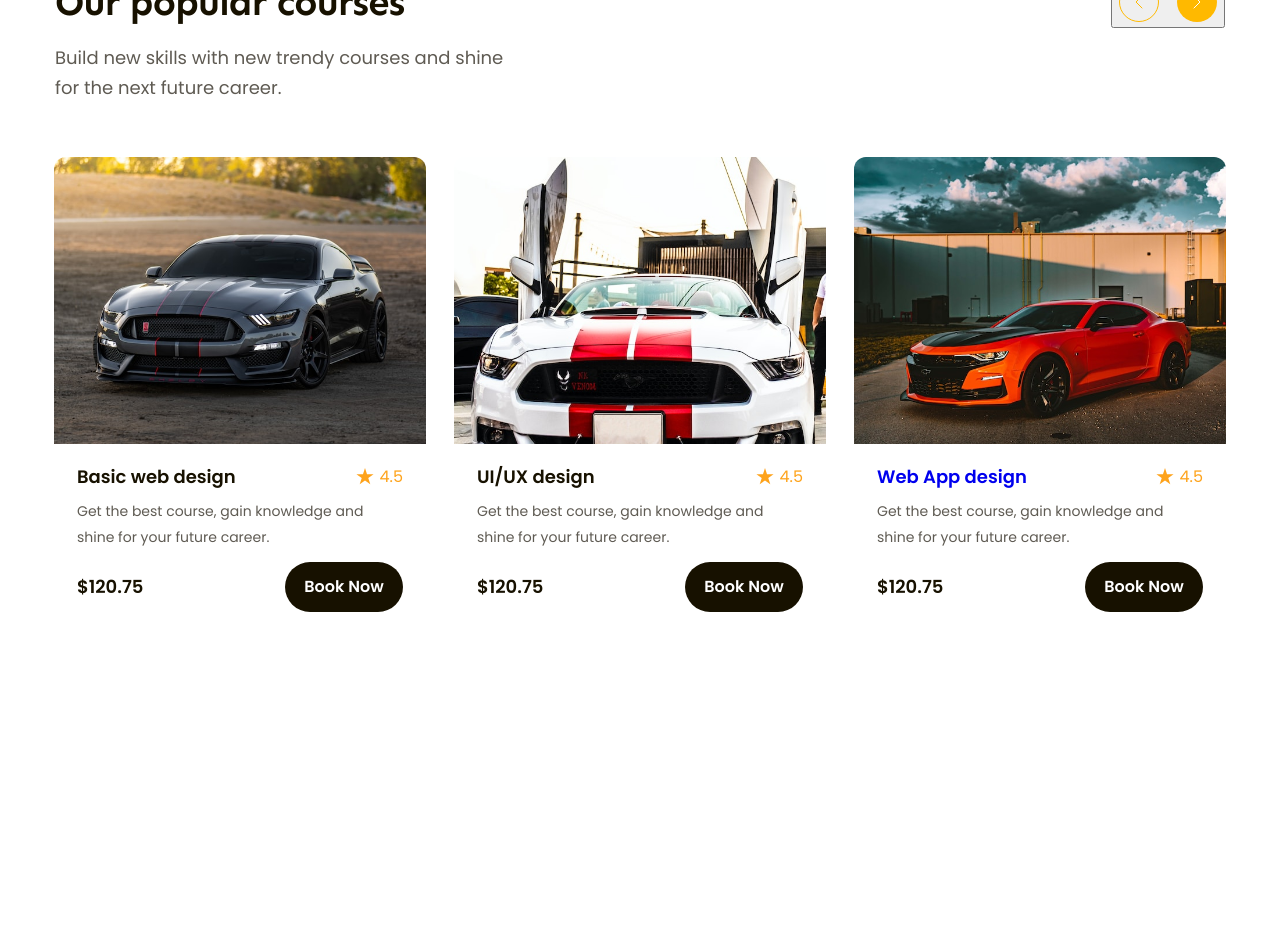
Repository: dongnguyen2112/htmlcss-project-02
Page: index.html
An editor plug-in stored every save of this project. The page is shown before and after a run of saves, followed by the edit.
The browser window is 1280 px wide. The pictures show the part of the page from y = 1121 to 2073 px (the page is 5000 px tall).
A picture or video elsewhere on the page could not be fetched, so the positions and the page height are approximate.

Above is the page before, as saved 2023-07-06 13:51:22.

### index.html
<!DOCTYPE html>
<html lang="en">
    <head>
        <meta charset="UTF-8" />
        <meta name="viewport" content="width=device-width, initial-scale=1.0" />
        <title>F8 project 01</title>
        <!-- Reset CSS -->
        <link rel="stylesheet" href="./assets/css/reset.css" />
        <!-- Font -->
        <link rel="preconnect" href="https://fonts.googleapis.com" />
        <link rel="preconnect" href="https://fonts.gstatic.com" crossorigin />
        <link
            href="https://fonts.googleapis.com/css2?family=Poppins:ital,wght@0,400;0,500;0,600;0,700;1,400&family=Sen:wght@700&display=swap"
            rel="stylesheet"
        />
        <!-- Style CSS -->
        <link rel="stylesheet" href="./assets/css/styles.css" />
    </head>
    <body>
        <main style="height: 5000px">
            <!-- Header -->
            <header class="header fixed">
                <div class="main-content">
                    <div class="body">
                        <!-- Logo -->
                        <img src="./assets/img/Logo..png" alt="" class="logo">
                        <!-- Nav -->
                        <nav class="nav">
                            <ul>
                                <li class="active">
                                    <a href="#!">Home</a>
                                </li>
                                <li>
                                    <a href="#!">Courses</a>
                                </li>
                                <li>
                                    <a href="#!">Pricing</a>
                                </li>
                                <li>
                                    <a href="#!">Reviews</a>
                                </li>
                            </ul>
                        </nav>
                        <!-- Action -->
                        <div class="action">
                            <a href="#!" class="btn sign-up-btn">Sign Up </a>
                        </div>
                    </div>
            </header>
            <!-- Hero -->
            <div class="hero">
                <div class="main-content">
                    <div class="body">
                        <!-- Hero-left -->
                        <div class="media-block">
                            <img src="./assets/img/hero-img.jpg" alt="Learn without limits and spread knowledge." class="img">
                            <div class="hero-summary">
                                <div class="item">
                                    <div class="icon">
                                        <img src="./assets/icon/list.svg" alt="">
                                    </div>
                                    <div class="info">
                                        <div class="lable">20 Courses</div>
                                        <div class="title">UI/UX Design</div>
                                    </div>
                                </div>
                                <div class="item">
                                    <div class="icon">
                                        <img src="./assets/icon/code.svg" alt="">
                                    </div>
                                    <div class="info">
                                        <div class="lable">20 Courses</div>
                                        <div class="title">Development</div>
                                    </div>
                                </div>
                                <div class="item">
                                    <div class="icon">
                                        <img src="./assets/icon/speaker.svg" alt="">
                                    </div>
                                    <div class="info">
                                        <div class="lable">30 Courses</div>
                                        <div class="title">Marketing</div>
                                    </div>
                                </div>
                            </div>
                        </div>
                        <!-- Hero-right -->
                        <div class="content-block">
                            <h1 class="heading lv1">Learn without limits and spread knowledge.</h1>
                            <p class="desc">Build new skills for that “this is my year” feeling with courses, certificates, and degrees from world-class universities and companies.</p>
                            <div class="cta-group">
                                <a href="#!" class="btn hero-cta">See Courses</a>
                                <button class="watch-video">
                                    <div class="icon">
                                        <img src="./assets/icon/play.svg" alt="">
                                    </div>
                                    <span>Watch Video</span>
                                </button>
                            </div>
                            <p class="desc">Recent engagement</p>
                            <p class="desc stats">
                               <strong>50K</strong> Students
                                <strong>70+</strong> Courses
                            </p>
                        </div>
                    </div>
                </div>
            </div>
            <!-- Popular -->
            <div class="popular">
                <div class="main-content">
                    <div class="popular-top">
                        <div class="info">
                            <h2 class="heading lv2">Our popular courses</h2>
                            <p class="desc">Build new skills with new trendy courses and shine for the next future career.</p>
                        </div>
                        <div class="control">
                            <button class="control-btn">
                                <img src="./assets/icon/control.svg" alt="">
                            </button>
                        </div>
                    </div>
                    <!-- Course-item 1 -->
                    <div class="course-list">
                        <div class="course-item">
                           <a href="#!"><img src="./assets/img/course-1.jpg" alt="Basic web design" class="thumb"></a>
                            <div class="info">
                                <div class="head">
                                    <h3 class="title">Basic web design</h3>
                                    <div class="rating">
                                        <img src="./assets/icon/Star.svg" alt="" class="star">
                                        <span class="value">4.5</span>
                                    </div>
                                </div>
                                <p class="desc">Get the best course, gain knowledge and shine for your future career.</p>
                                <div class="foot">
                                    <span class="price">$120.75</span>
                                    <div class="btn book-btn">Book Now</div>
                                </div>
                            </div>
                        </div>

                    <!-- Course-item 2 -->
                        <div class="course-item">
                            <a href="#!"><img src="./assets/img/course-2.jpg" alt="Basic web design" class="thumb"></a>
                            <div class="info">
                                <div class="head">
                                    <h3 class="title">UI/UX design</h3>
                                    <div class="rating">
                                        <img src="./assets/icon/Star.svg" alt="" class="star">
                                        <span class="value">4.5</span>
                                    </div>
                                </div>
                                <p class="desc">Get the best course, gain knowledge and shine for your future career.</p>
                                <div class="foot">
                                    <span class="price">$120.75</span>
                                    <div class="btn book-btn">Book Now</div>
                                </div>
                            </div>
                        </div>
                    <!-- Course-item 3 -->
                        <div class="course-item">
                            <a href="#!"><img src="./assets/img/course-3.jpg" alt="Basic web design" class="thumb"></a>
                            <div class="info">
                                <div class="head">
                                    <h3 class="title"><a href="#!">Web App design</a></h3>
                                    <div class="rating">
                                        <img src="./assets/icon/Star.svg" alt="" class="star">
                                        <span class="value">4.5</span>
                                    </div>
                                </div>
                                <p class="desc">Get the best course, gain knowledge and shine for your future career.</p>
                                <div class="foot">
                                    <span class="price">$120.75</span>
                                    <div class="btn book-btn">Book Now</div>
                                </div>
                            </div>
                        </div>
                    </div>
                </div>
            </div>
        </main>
    </body>
</html>

### assets/css/styles.css
* {
    box-sizing: border-box;
}
html {
    font-size: 62.5%;
}
body {
    font-size: 1.6rem;
    font-family: "Poppins", sans-serif;
}
:root {
    --primary-color: #ffb900;
    --font-heading: Sen, sans-serif;
}
/* Common */
a {
    text-decoration: none;
}
.main-content {
    width: 1170px;
    max-width: calc(100% - 48px);
    margin-left: auto;
    margin-right: auto;
}
.btn {
    display: inline-block;
    min-width: 118px;
    padding: 0 16px;
    line-height: 50px;
    color: #fff;
    text-align: center;
    font-size: 1.6rem;
    font-weight: 600;
    border-radius: 999px;
    background: #171100;
    cursor: pointer;
}
.btn:hover {
    opacity: 0.9;
}
.heading {
    color: #171100;
    font-family: var(--font-heading);
    font-weight: 700;
    letter-spacing: -0.02em;
}
.heading.lv1 {
    font-size: 5.8rem;
    line-height: 1.17;
}
.heading.lv2 {
    font-size: 3.8rem;
    line-height: 1.26;
}
/* Header */
.header {
    background: #fffcf4;
}
.header.fixed {
    position: sticky;
    top: -28px;
    z-index: 1;
}
.header .body {
    display: flex;
    align-items: center;
    padding: 36px 0 8px;
}
.header .sign-up-btn {
    min-width: 114px;
}
.header .action {
    margin-left: 49px;
}
.nav {
    margin-left: auto;
}
.nav ul {
    display: flex;
}
.nav a {
    color: #5f5b53;
    font-size: 1.6rem;
    padding: 8px 21px;
    position: relative;
}
.nav a:hover,
.nav .active a {
    color: #171100;
    font-size: 1.6rem;
    /* font-weight: 600; */
    text-shadow: 1px 0 0 currentColor;
}
.nav .active a::after {
    content: "";
    left: 21px;
    display: block;
    width: 12px;
    height: 2px;
    border-radius: 1px;
    background: #171100;
    position: absolute;
    bottom: 6px;
}
/* hero */
.hero {
    padding: 56px 0 65px;
    background: #fffcf4;
}
.hero .body {
    display: flex;
}
/* hero-left */
.hero .media-block {
    width: 48%;
    position: relative;
}
.hero .media-block .img {
    width: 470px;
    height: 685px;
    object-fit: cover;
    border-radius: 20px;
    display: block;
}
.hero-summary {
    position: absolute;
    right: 0;
    bottom: 48px;
    border-radius: 12px;
    background: #fff;
    box-shadow: 0px 16px 32px 0px rgba(0, 0, 0, 0.05);
    width: 270px;
    padding: 24px;
}
.hero-summary .item {
    display: flex;
    align-items: center;
}
.hero-summary .item + .item {
    margin-top: 22px;
}
.hero-summary .icon {
    width: 48px;
    height: 48px;
    border-radius: 50%;
    display: flex;
    align-items: center;
    justify-content: center;
    background: #fff9e8;
}
.hero-summary .item:nth-last-of-type(2) .icon {
    background: #fcefff;
}
.hero-summary .item:nth-child(3) .icon {
    background: #ebeaff;
}
.hero-summary .info {
    margin-left: 16px;
}
.hero-summary .label {
    font-size: 1.4rem;
    line-height: 1.86;
    color: #5f5b53;
}
.hero-summary .title {
    color: #171100;
    font-size: 1.4rem;
    font-weight: 600;
    line-height: 1.67;
}
/* hero-right */
.hero .content-block {
    width: 52%;
    padding: 64px 0 0 130px;
}

.hero .desc {
    margin-top: 22px;
    color: #5f5b53;
    font-size: 1.8rem;
    font-weight: 400;
    line-height: 1.67;
}
.hero .cta-group {
    margin: 38px 0 48px;
    display: flex;
    align-items: center;
}
.hero .hero-cta {
    background: var(--primary-color);
    line-height: 64px;
    min-width: 180px;
}
.hero .watch-video {
    display: flex;
    margin-left: 28px;
    border: none;
    background: transparent;
    align-items: center;
    cursor: pointer;
}
.hero .watch-video span {
    margin-left: 14px;
    color: #171100;
    font-size: 1.8rem;
    font-weight: 600;
    line-height: 1.67;
}
.hero .stats {
    margin: 8px 0 0 -28px;
}
.hero .stats strong {
    color: #171100;
    font-size: 4.4rem;
    font-weight: 700;
    line-height: 54px;
    font-family: var(--font-heading);
    padding: 0 8px 0 28px;
}
/* popular */
.popular {
    padding: 65px 0;
    margin-top: 135px;
}
.popular-top {
    display: flex;
    justify-content: space-between;
}
.popular-top .desc {
    margin-top: 16px;
    width: 458px;
    color: #5f5b53;
    font-size: 1.8rem;
    line-height: 1.67;
}
.popular .course-list {
    display: flex;
    margin-top: 55px;
    gap: 30px;
}
.popular .course-item {
    flex: 1;
    border-radius: 12px;
    background: #fff;
}
.popular .course-item:hover{
    border-color: transparent;
    box-shadow: 0px 18px 36px 0px rgba(0, 0, 0, 0.05);

}
.popular .course-item .thumb {
    width: calc(100% + 2px);
    border-radius: 12px 12px 0px 0px;
    height: 287px;
    object-fit: cover;
    margin: -1px;
}
.popular .course-item .info {
    padding: 16px 22px 22px;
}
.popular .course-item .foot,
.popular .course-item .rating,
.popular .course-item .head {
    display: flex;
    align-items: center;
    justify-content: space-between;
}
.popular .course-item .title {
    color: #171100;
    font-size: 1.8rem;
    font-weight: 600;
    line-height: 1.67;
}
.popular .rating .value{
    margin-left: 6px;
    color: #FEA31B;
    font-size: 1.6rem;
    font-weight: 400;
    line-height: 1.75;
}
.popular .course-item .desc {
    color: #5f5b53;
    font-size: 1.4rem;
    font-weight: 400;
    line-height: 1.86;
    margin-top: 6px;
}
.popular .course-item .foot {
   margin-top: 12px;
}
.popular .course-item .foot .price {
    color: #171100;
    font-size: 1.8rem;
    font-weight: 600;
    line-height: 1.67;
}
.popular .course-item .book-btn:hover{
    color: #fff;
    background-color: var(--primary-color);
}

Loaded but not shown: assets/css/reset.css (common file)

After the next 4 saves:
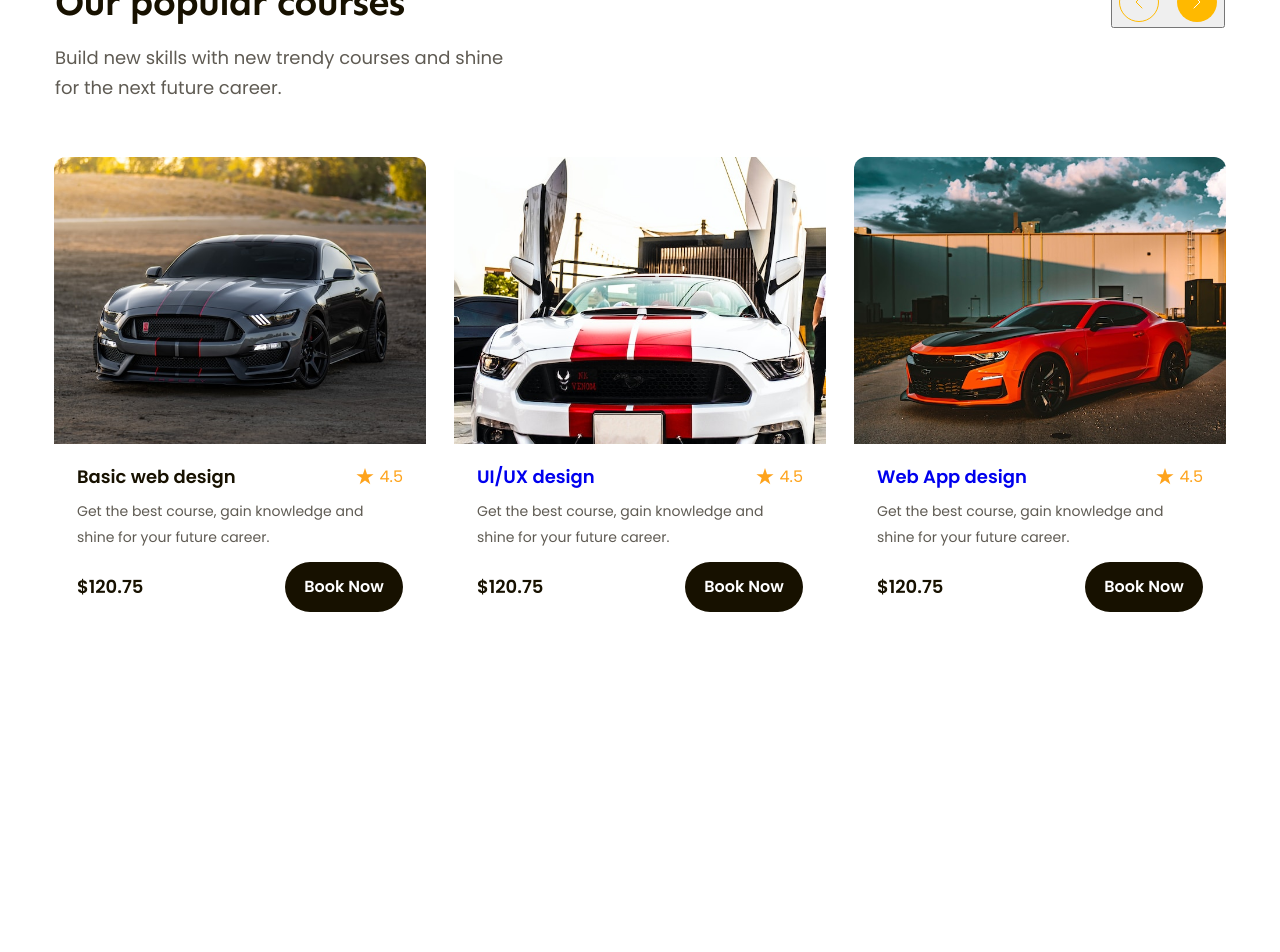
The 4 saves are shown as one change because they came seconds apart.
The last was saved 11 s later.
--- a/index.html
+++ b/index.html
@@ -145,7 +145,7 @@
                             <a href="#!"><img src="./assets/img/course-2.jpg" alt="Basic web design" class="thumb"></a>
                             <div class="info">
                                 <div class="head">
-                                    <h3 class="title">UI/UX design</h3>
+                                    <h3 class="title"><a href="#!">UI/UX design</a></h3>
                                     <div class="rating">
                                         <img src="./assets/icon/Star.svg" alt="" class="star">
                                         <span class="value">4.5</span>
